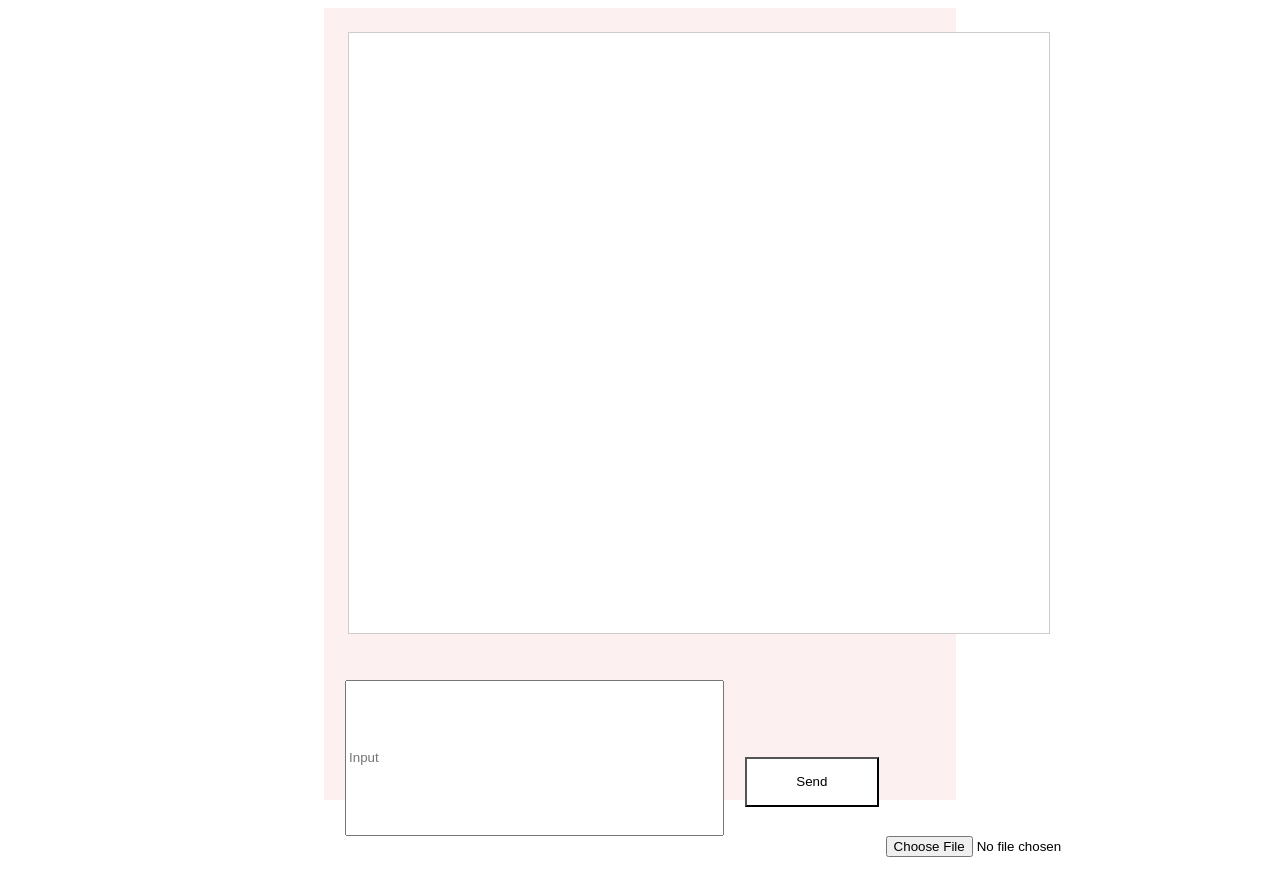
Repository: ddt2h/node-express-chat
Page: front/index.html
These files come from the project's save history. The page is drawn as it stood at one moment and after the next save; the edit follows.
The browser window is 1280 px wide. The pictures show the whole page.
The page's requests for data from a server got no answer.

Above is the page before, as saved 2024-07-08 16:01:05.

After the next save:
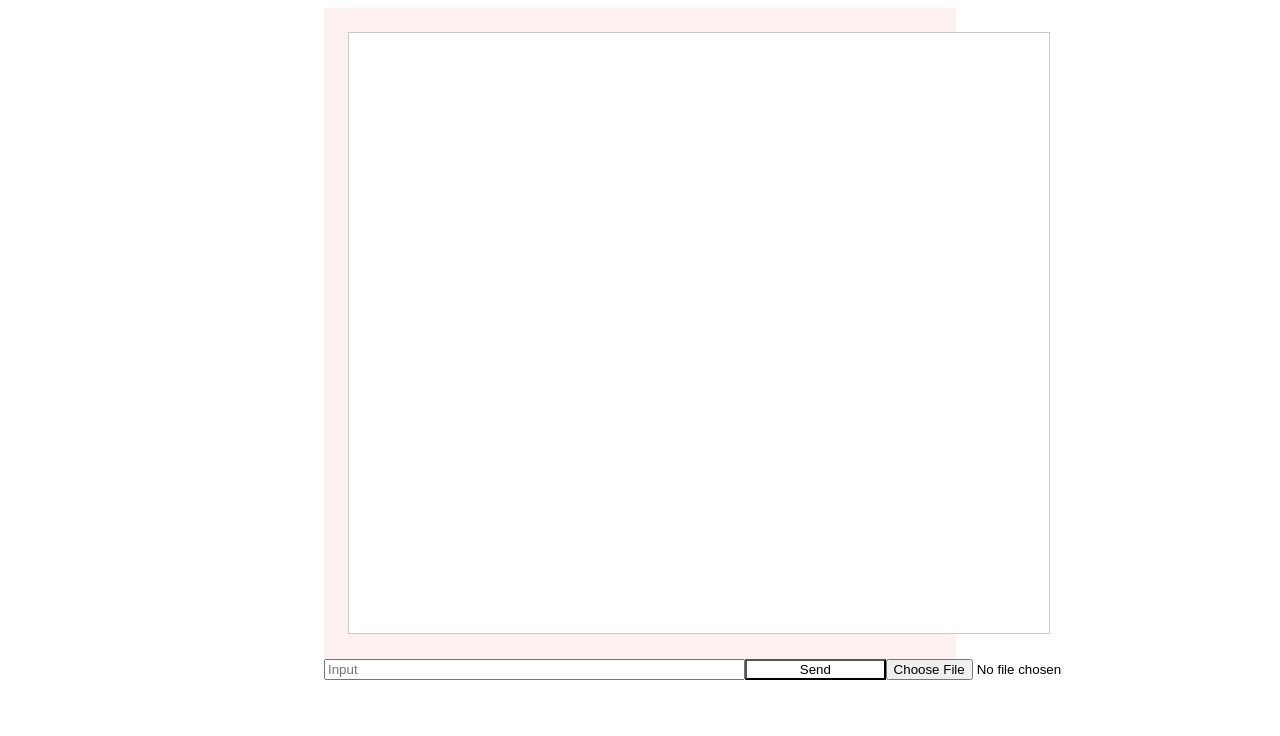
Saved 35 s later.
--- a/front/index.html
+++ b/front/index.html
@@ -24,23 +24,15 @@
 
         .mainframe-input {
             grid-area: 5 / 1 / 6 / 4;
-            margin: 5%;
         }
 
         .mainframe-send {
             grid-area: 5 / 4 / 6 / 5;
             background-color: rgb(255, 255, 255);
-            margin-top: 70%;
-            margin-right: 5%;
-            height: 25%;
         }
 
         .mainframe-attach {
             grid-area: 5 / 5 / 6 / 6;
-            margin-top: 70%;
-            margin-right: 5%;
-            height: 25%;
-
         }
 
         .mainframe-field {
